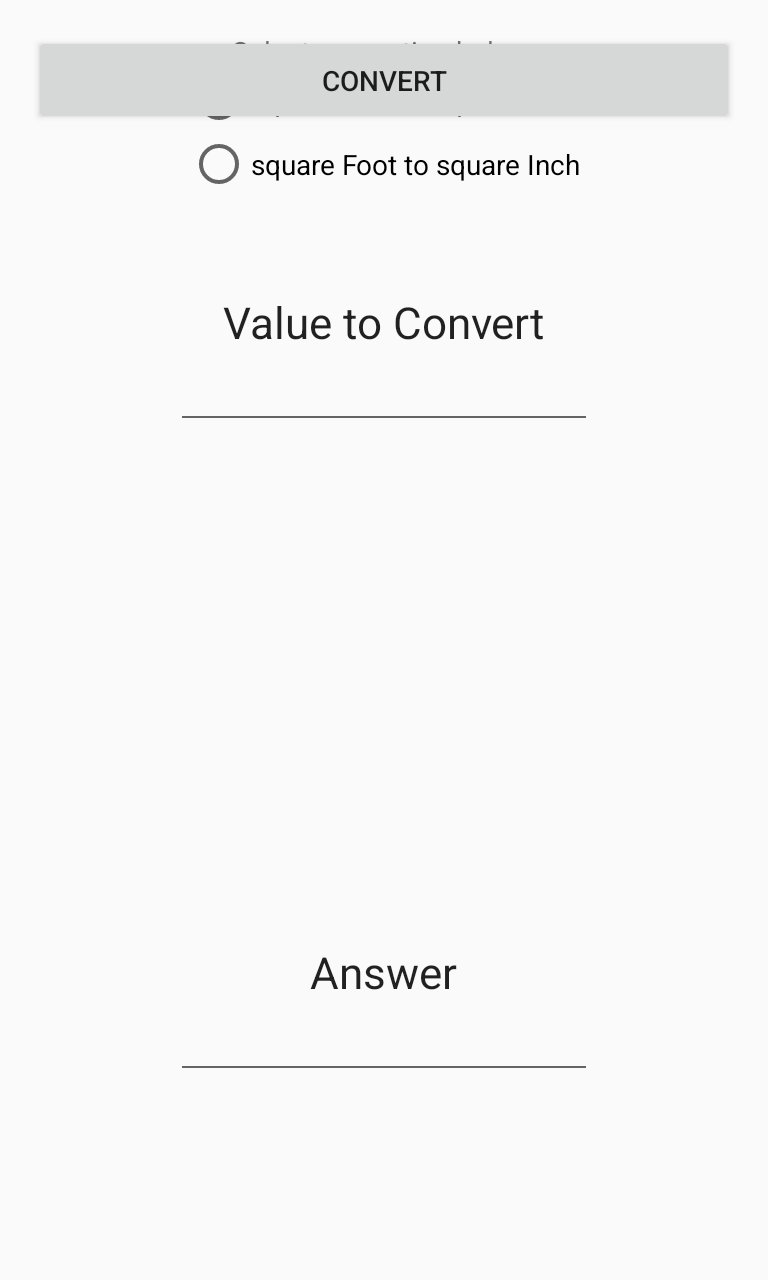
Repository: awayzo/6300Fall14Assignment4
Layout: UnitConvertor/res/layout/activity_area.xml
An editor plug-in stored every save of this project. The layout is shown before and after the next save, followed by the edit.
It is drawn on a 768 x 1280 px phone screen (xhdpi) without system bars, with theme AppTheme; the app's code is not run.

Above is the layout before, as saved 2014-09-26 21:54:13.

After the next save:
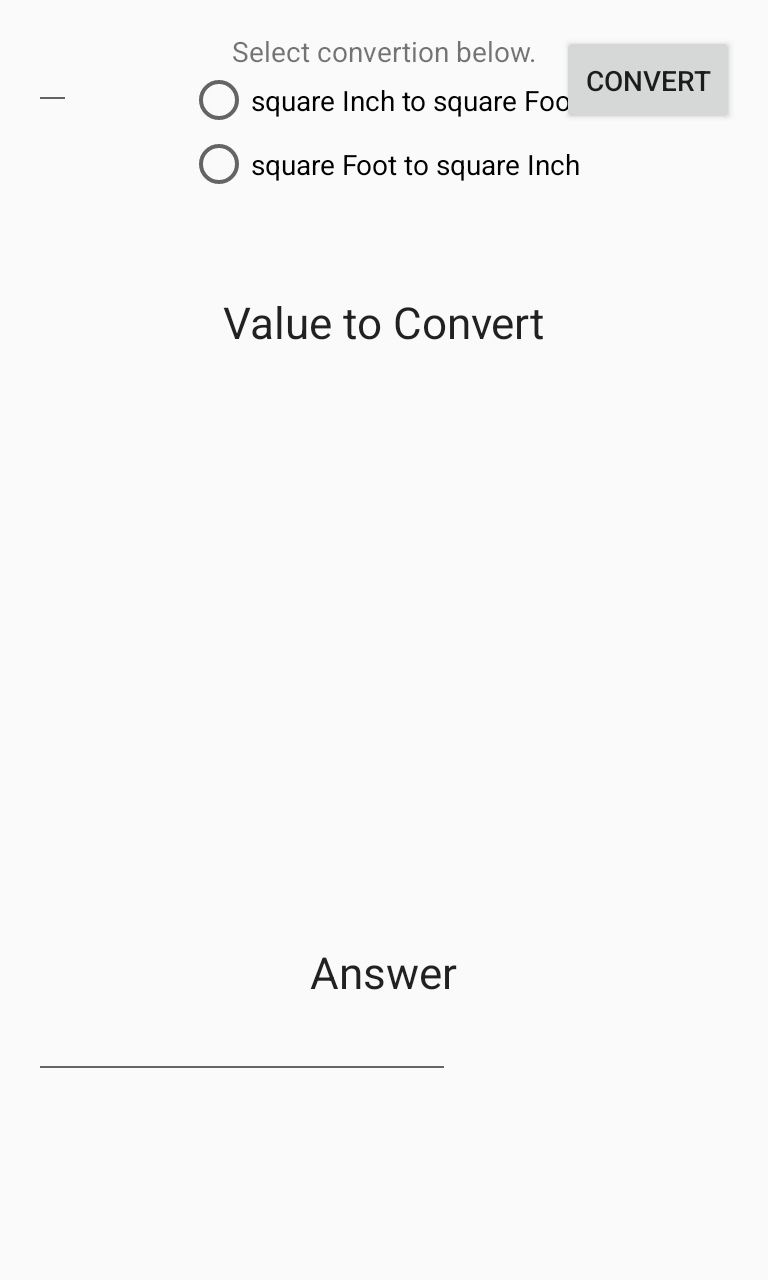
Saved 2 min 4 s later.
--- a/UnitConvertor/res/layout/activity_area.xml
+++ b/UnitConvertor/res/layout/activity_area.xml
@@ -42,14 +42,13 @@
         android:id="@+id/txtValue"
         android:layout_width="wrap_content"
         android:layout_height="wrap_content"
-        android:layout_below="@+id/lblValue"
-        android:layout_centerHorizontal="true"
-        android:ems="10"
+        android:layout_alignBaseline="@+id/btnConvert"
+
         android:inputType="numberDecimal" />
 
     <Button
         android:id="@+id/btnConvert"
-        android:layout_width="match_parent"
+        android:layout_width="wrap_content"
         android:layout_height="wrap_content"
         android:layout_alignParentRight="true"
         android:layout_alignParentTop="true"
